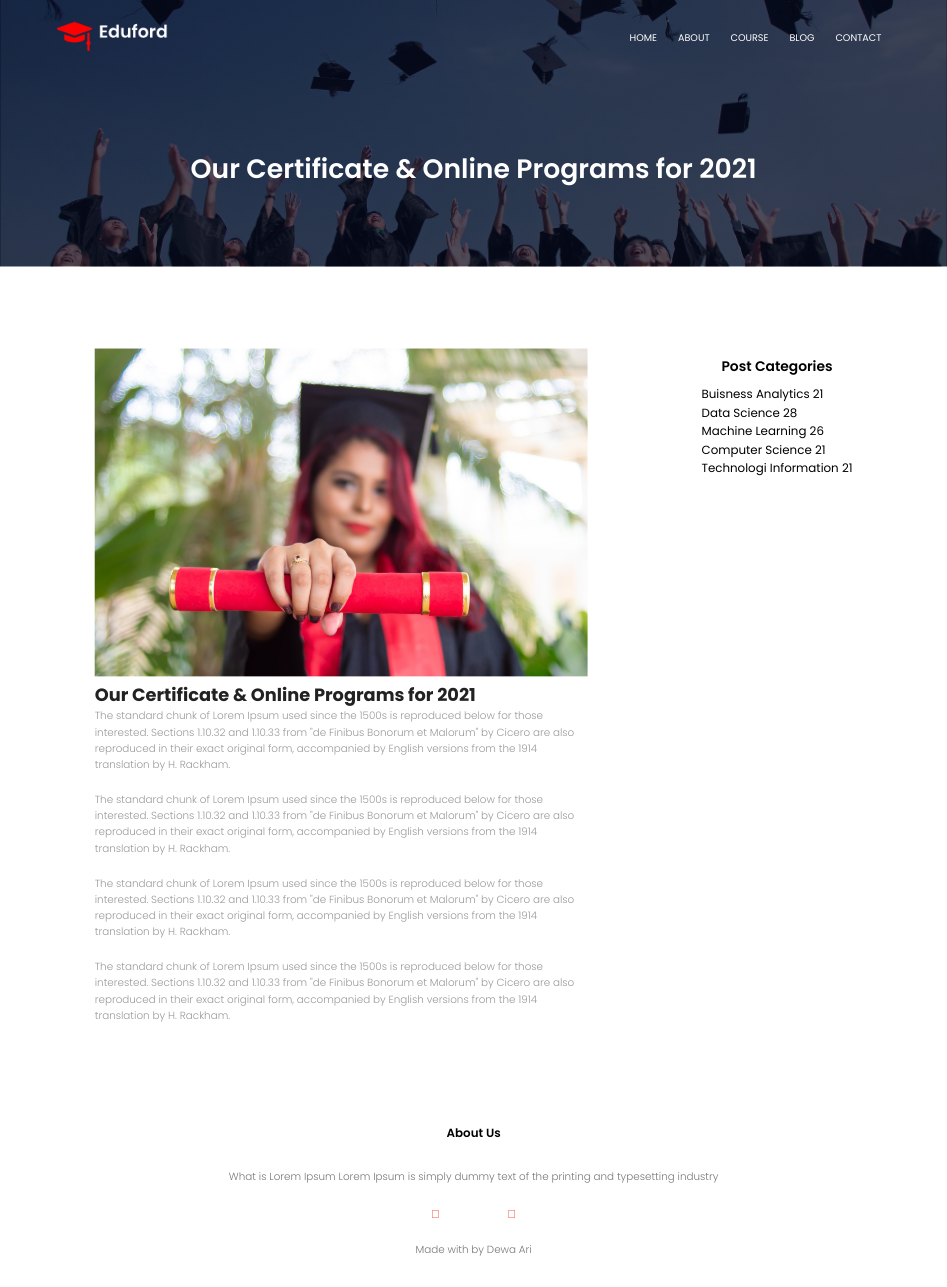
Repository: dewaary/company-profile
Page: blog.html
These files come from the project's save history. The page is drawn as it stood at one moment and after the next save; the edit follows.
The browser window is 1280 px wide. The pictures show the whole page, at 74% of full size.

Above is the page before, as saved 2021-05-07 23:55:44.

### blog.html
<!DOCTYPE html>
<html lang="en">

<head>
    <meta charset="UTF-8" />
    <meta http-equiv="X-UA-Compatible" content="IE=edge" />
    <meta name="viewport" content="width=device-width, initial-scale=1.0" />
    <title>University Website Design</title>
    <link rel="stylesheet" href="style.css" />
    <link rel="preconnect" href="https://fonts.gstatic.com" />
    <link href="https://fonts.googleapis.com/css2?family=Poppins:wght@200;300;400;600;700&display=swap"
        rel="stylesheet" />
    <link rel="stylesheet"
        href="https://cdn.jsdelivr.net/npm/@fortawesome/fontawesome-free@5.15.3/css/fontawesome.min.css" />
</head>

<body>
    <section class="sub-header">
        <nav>
            <a href="index.html"><img src="images/logo.png" /></a>
            <div class="nav-links" id="navLinks">
                <i class="fa fa-times" onclick="hideMenu()"></i>
                <ul>
                    <li><a href="">HOME</a></li>
                    <li><a href="">ABOUT</a></li>
                    <li><a href="">COURSE</a></li>
                    <li><a href="">BLOG</a></li>
                    <li><a href="">CONTACT</a></li>
                </ul>
            </div>
            <i class="fa fa-bars" onclick="showMenu()"></i>
        </nav>
        <h1>Our Certificate & Online Programs for 2021</h1>
    </section>

    <section class="blog-content">
        <div class="row">
            <div class="blog-left">
                <img src="images/certificate.jpg" />
                <h2>Our Certificate & Online Programs for 2021</h2>
                <p>
                    The standard chunk of Lorem Ipsum used since the 1500s is reproduced
                    below for those interested. Sections 1.10.32 and 1.10.33 from "de
                    Finibus Bonorum et Malorum" by Cicero are also reproduced in their
                    exact original form, accompanied by English versions from the 1914
                    translation by H. Rackham.
                </p>
                <br />
                <p>
                    The standard chunk of Lorem Ipsum used since the 1500s is reproduced
                    below for those interested. Sections 1.10.32 and 1.10.33 from "de
                    Finibus Bonorum et Malorum" by Cicero are also reproduced in their
                    exact original form, accompanied by English versions from the 1914
                    translation by H. Rackham.
                </p>
                <br />
                <p>
                    The standard chunk of Lorem Ipsum used since the 1500s is reproduced
                    below for those interested. Sections 1.10.32 and 1.10.33 from "de
                    Finibus Bonorum et Malorum" by Cicero are also reproduced in their
                    exact original form, accompanied by English versions from the 1914
                    translation by H. Rackham.
                </p>
                <br />
                <p>
                    The standard chunk of Lorem Ipsum used since the 1500s is reproduced
                    below for those interested. Sections 1.10.32 and 1.10.33 from "de
                    Finibus Bonorum et Malorum" by Cicero are also reproduced in their
                    exact original form, accompanied by English versions from the 1914
                    translation by H. Rackham.
                </p>
                <br />
            </div>
            <div class="blog-right">
                <h3>Post Categories</h3>
                <div>
                    <span>Buisness Analytics</span>
                    <span>21</span>
                </div>
                <div>
                    <span>Data Science</span>
                    <span>28</span>
                </div>
                <div>
                    <span>Machine Learning</span>
                    <span>26</span>
                </div>
                <div>
                    <span>Computer Science</span>
                    <span>21</span>
                </div>
                <div>
                    <span>Technologi Information</span>
                    <span>21</span>
                </div>
            </div>
        </div>
    </section>

    <section class="footer">
        <h4>About Us</h4>
        <p>
            What is Lorem Ipsum Lorem Ipsum is simply dummy text of the printing and
            typesetting industry
        </p>
        <div class="icons">
            <i class="fa fa-facebook"></i>
            <i class="fa fa-Twitter"></i>
            <i class="fa fa-Instagram"></i>
            <i class="fa fa-linkedin"></i>
        </div>
        <p>Made with <i class="fa fa-heart-0"></i>by Dewa Ari</p>
    </section>

    <!---- Javascript for Toggle Menu ---->
    <script>
        var navLinks = document.getElementById("navLinks");

        function showMenu() {
            navLinks.style.right = "0";
        }
        function hideMenu() {
            navLinks.style.right = "-200px";
        }
    </script>
</body>

</html>

### style.css
* {
  margin: 0;
  padding: 0;
  font-family: "Poppins", sans-serif;
}

.header {
  min-height: 100vh;
  width: 100%;
  background-image: linear-gradient(rgba(4, 9, 30, 0.7), rgba(4, 9, 30, 0.7)),
    url(images/banner.png);
  background-position: center;
  background-size: cover;
  position: relative;
}

nav {
  display: flex;
  padding: 2% 6%;
  justify-content: space-between;
  align-items: center;
}

nav img {
  width: 150px;
}

.nav-links {
  flex: 1;
  text-align: right;
}

.nav-links ul li {
  list-style: none;
  display: inline-block;
  padding: 8px 12px;
  position: relative;
}

.nav-links ul li a {
  color: #fff;
  text-decoration: none;
  font-size: 13px;
}

.nav-links ul li::after {
  content: "";
  width: 0%;
  height: 2px;
  background: #f44336;
  display: block;
  margin: auto;
  transition: 0.5s;
}

.nav-links ul li:hover::after {
  width: 100%;
}

.text-box {
  width: 90%;
  color: #fff;
  position: absolute;
  top: 50%;
  left: 50%;
  transform: translate(-50%, -50%);
  text-align: center;
}

.text-box h1 {
  font-size: 62px;
}

.text-box p {
  margin: 10px 0 40px;
  font-size: 14px;
  color: #fff;
}

.hero-btn {
  display: inline-block;
  text-decoration: none;
  color: #fff;
  border: 1px solid #fff;
  padding: 12px 34px;
  font-size: 13px;
  background: transparent;
  position: relative;
  cursor: pointer;
}

.hero-btn:hover {
  border: 1px solid #f44336;
  background: #f44336;
  transition: 1s;
}

nav .fa {
  display: none;
}

@media (max-width: 700px) {
  .text-box h1 {
    font-size: 20px;
  }

  .nav-links ul li {
    display: block;
  }
  .nav-links {
    position: absolute;
    background: #f44336;
    height: 100vh;
    width: 200px;
    top: 0;
    right: -200px;
    text-align: left;
    z-index: 2;
    transition: 1s;
  }

  nav .fa {
    display: block;
    color: #fff;
    margin: 10px;
    font-size: 22px;
    cursor: pointer;
  }

  .nav-links ul {
    padding: 30px;
  }
}

/*---- Course ------ */

.course {
  width: 80%;
  margin: auto;
  text-align: center;
  padding-top: 100px;
}

h1 {
  font-size: 36px;
  font-weight: 600;
}

p {
  color: #777;
  font-size: 14px;
  font-weight: 300;
  line-height: 22px;
  padding: 10px;
}

.row {
  margin-top: 5%;
  display: flex;
  justify-content: space-between;
}

.course-col {
  flex-basis: 31%;
  background: #fff3f3;
  border-radius: 10px;
  margin-bottom: 5%;
  padding: 20px 12px;
  box-sizing: border-box;
  transition: 0.5s;
}

h3 {
  text-align: center;
  font-weight: 600;
  margin: 10px 0;
}

.course-col:hover {
  box-shadow: 0 0 20px 0px rgba(0, 0, 0, 0.2);
}

@media (max-width: 700px) {
  .row {
    flex-direction: column;
  }
}

.campus {
  width: 80%;
  margin: auto;
  text-align: center;
  padding-top: 50px;
}

.campus-col {
  flex-basis: 32%;
  border-radius: 10px;
  margin-bottom: 30px;
  position: relative;
  overflow: hidden;
}
.campus-col img {
  width: 100%;
  display: block;
}

.layer {
  background: transparent;
  height: 100%;
  width: 100%;
  position: absolute;
  top: 0;
  left: 0;
  transition: 0.5s;
}

.layer:hover {
  background: rgba(226, 0, 0, 0.7);
}

.layer h3 {
  width: 100%;
  font-weight: 500;
  color: #fff;
  font-size: 26px;
  bottom: 0;
  left: 50%;
  transform: translateX(-50%);
  position: absolute;
  transition: 0.5s;
}

.layer:hover h3 {
  bottom: 49%;
  opacity: 1;
}

.facilities {
  width: 80%;
  margin: auto;
  text-align: center;
  padding-top: 100px;
}

.facilities-col {
  flex-basis: 31%;
  border-radius: 10px;
  margin-bottom: 5%;
  text-align: left;
}

.facilities-col img {
  width: 100%;
  border-radius: 10px;
}

.facilities-col p {
  padding: 0%;
}

.facilities-col h3 {
  margin-top: 16px;
  margin-bottom: 15px;
  text-align: left;
}

.testimonials {
  width: 80%;
  margin: auto;
  padding-top: 100px;
  text-align: center;
}

.testimonials-col {
  flex-basis: 44%;
  border-radius: 10px;
  margin-bottom: 5%;
  text-align: left;
  background: #fff3f3;
  padding: 25px;
  cursor: pointer;
  display: flex;
}

.testimonials-col img {
  height: 40px;
  margin-left: 5px;
  margin-right: 30px;
  border-radius: 50%;
}

.testimonials-col p {
  padding: 0;
}

.testimonials-col h3 {
  margin-top: 15px;
  text-align: left;
}

.testimonials-col .fa {
  color: #f44336;
}

@media (max-width: 700px) {
  .testimonials-col img {
    margin-left: 0px;
    margin-right: 15px;
  }
}

.cta {
  margin: 100px auto;
  width: 80%;
  background-image: linear-gradient(rgba(0, 0, 0, 0.7), rgba(0, 0, 0, 0.7)),
    url(images/banner2.jpg);
  background-position: center;
  background-size: cover;
  border-radius: 10px;
  text-align: center;
  padding: 100px 0;
}

.cta h1 {
  color: #fff;
  margin-bottom: 40px;
  padding: 0;
}

@media (max-width: 700px) {
  .cta h1 {
    font-size: 20px;
  }
}

.footer {
  width: 100%;
  text-align: center;
  padding: 30px 0;
}

.footer h4 {
  margin-bottom: 25px;
  margin-top: 20px;
  font-weight: 600;
}

.icons .fa {
  color: #f44336;
  margin: 0 13px;
  cursor: pointer;
  padding: 18px 0;
}

.fa-heart-0 {
  color: #f44336;
}

/*--------- About Us Page --------- */

.sub-header {
  height: 50vh;
  width: 100%;
  background-image: linear-gradient(rgba(4, 9, 30, 0.7), rgba(4, 9, 30, 0.7)),
    url(images/background.jpg);
  background-position: center;
  background-size: cover;
  text-align: center;
  color: #fff;
}

.sub-header h1{
  margin-top: 100px;
}

.about-us {
  width: 80%;
  margin: auto;
  padding-top: 80px;
  padding-bottom: 50px;
}

.about-col {
  flex-basis: 48%;
  padding: 30px 2px;
}

.about-col img{
  width: 100%;
}

.about-col h1{
  padding-top: 0;
}

.about-col p{
  padding: 15px 0 25px;
}

.red-btn {
  border: 1px solid #f44336;
  background: transparent;
  color: #f44336;
}

.red-btn:hover{
  color: #fff;
}

.blog-content {
  width: 80%;
  margin: auto;
  padding: 60px 0;
}

.blog-left{
  flex-basis: 65%;
}

.blog-left img{
  width: 100%;
}

.blog-left h2{
  color: #222;
  font-weight: 30px 0;
}

.blog-left p{
  color: #999;
  padding: 0;
}

After the next save:
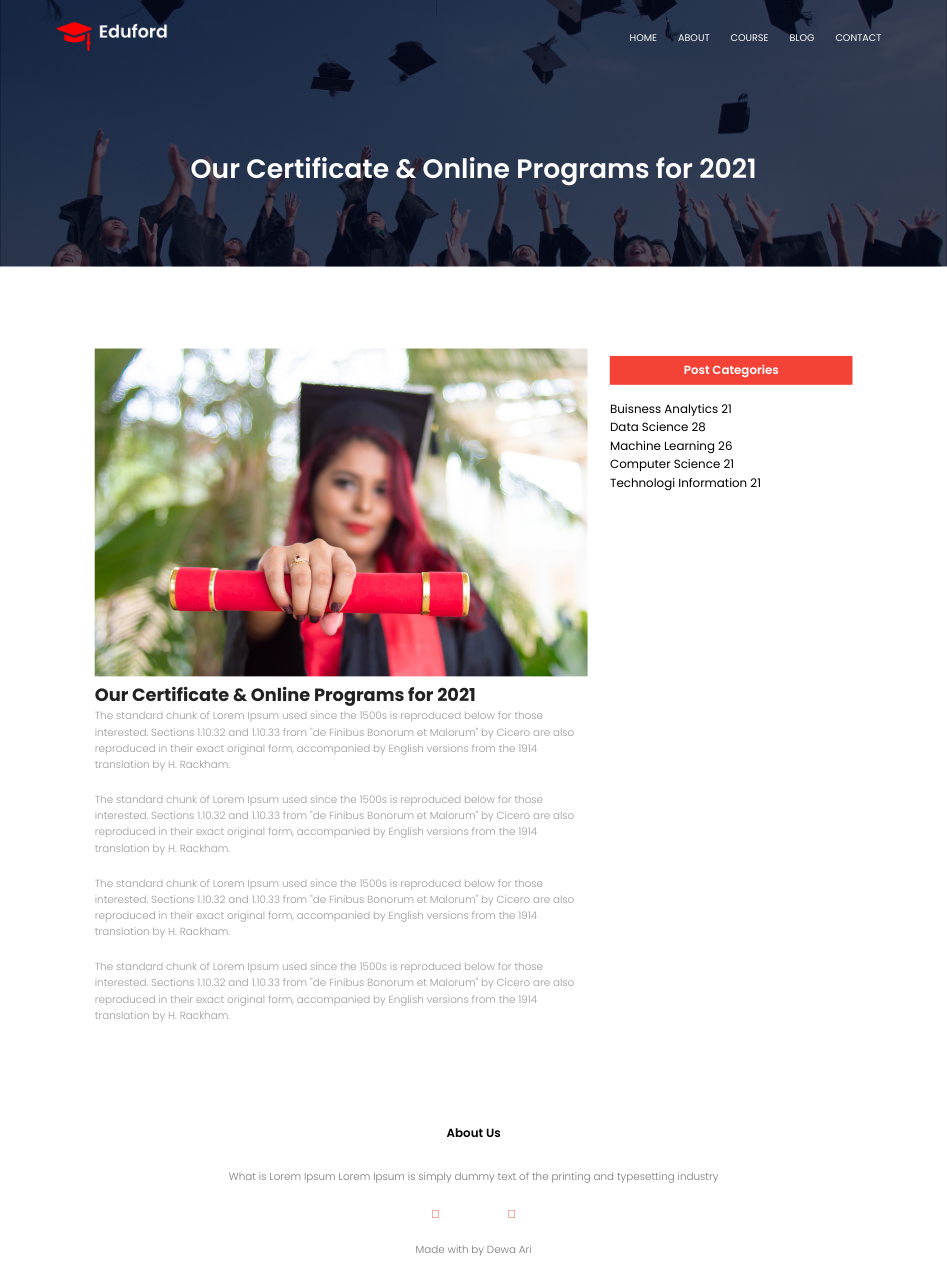
Saved 106 s later.
--- a/style.css
+++ b/style.css
@@ -431,3 +431,15 @@ h3 {
   color: #999;
   padding: 0;
 }
+
+.blog-right {
+  flex-basis: 32%;
+}
+
+.blog-right h3{
+  background: #f44336;
+  color: #fff;
+  padding: 7px 0;
+  font-size: 16px;
+  margin-bottom: 20px;
+}
